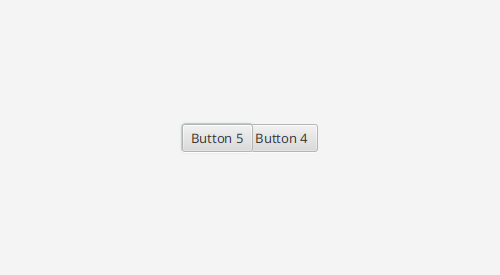
Repository: panushetty/Java
Program's window: java LayoutsFx/src/application/Main.java
The author's editor kept a copy of each file at every save. The program's window is drawn from the files as they stood at one save, then again after the next save.
It runs on Java 21 on a 1366 x 768 screen with JavaFX 11; the title bar is not drawn.

Above is the program's window before, as saved 2018-01-08 12:06:31.

After the next save:
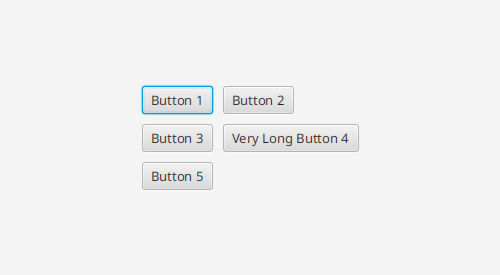
Saved 6 min 40 s later.
--- a/LayoutsFx/src/application/sample.fxml
+++ b/LayoutsFx/src/application/sample.fxml
@@ -8,9 +8,9 @@
 <GridPane fx:controller="application.Controller"
           xmlns:fx="http://javafx.com/fxml" alignment="center" hgap="10" vgap="10">
 
-          <Button text="Button 1"/>
-          <Button text="Button 2"/>
-          <Button text="Button 3"/>
-          <Button text="Very Long Button 4"/>
-          <Button text="Button 5"/>
+          <Button text="Button 1" GridPane.rowIndex="0" GridPane.columnIndex="0"/>
+          <Button text="Button 2" GridPane.rowIndex="0" GridPane.columnIndex="1"/>
+          <Button text="Button 3" GridPane.rowIndex="1" GridPane.columnIndex="0"/>
+          <Button text="Very Long Button 4" GridPane.rowIndex="1" GridPane.columnIndex="1"/>
+          <Button text="Button 5" GridPane.rowIndex="2" GridPane.columnIndex="0"/>
 </GridPane>
